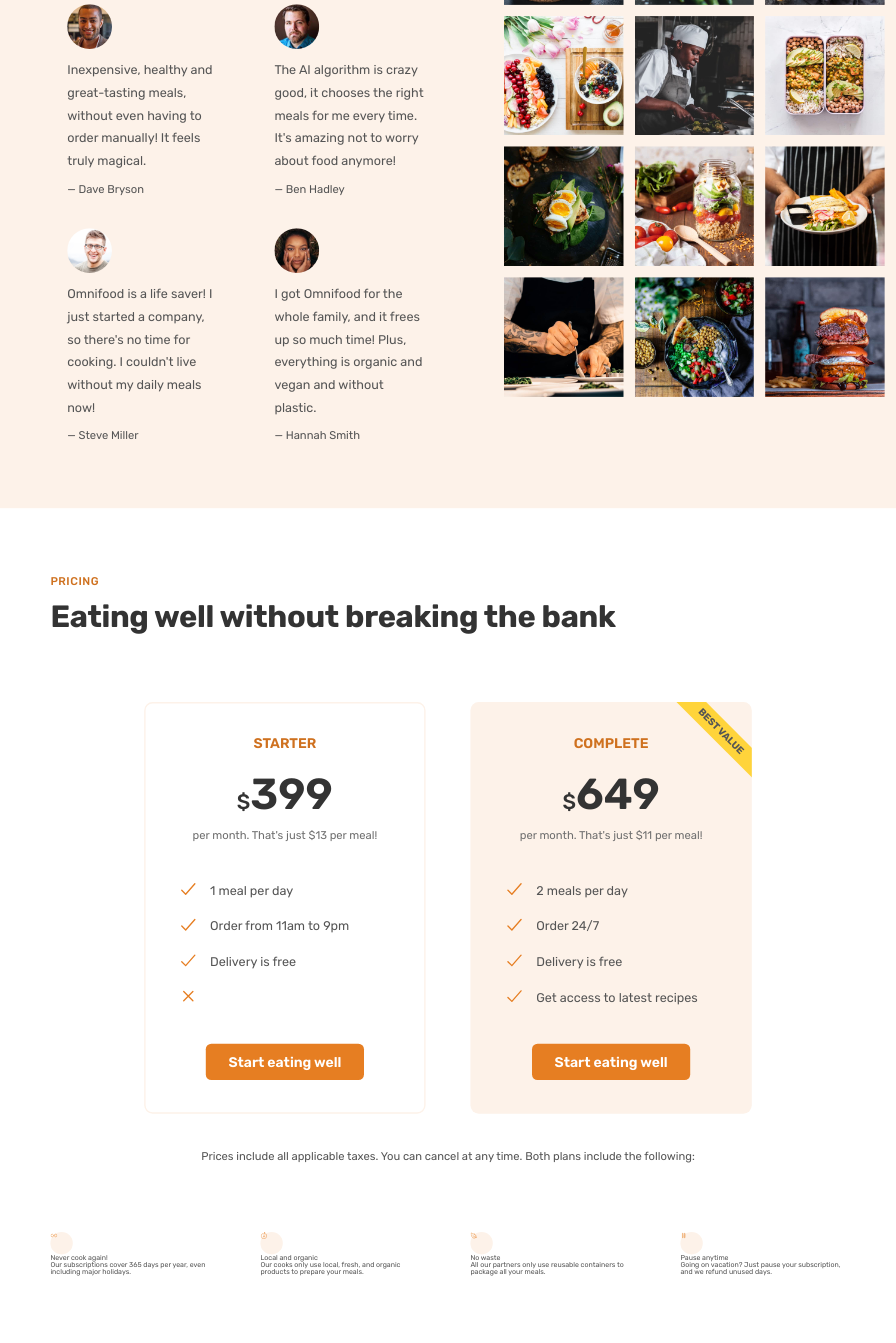
Repository: TranPhucThinh/Omnifood
Page: index.html
An editor plug-in stored every save of this project. The page is shown before and after the next save, followed by the edit.
The browser window is 1280 px wide. The pictures show the part of the page from y = 3920 to 5840 px (the page is 5838 px tall before and 5840 px after), at 70% of full size.

Above is the page before, as saved 2022-08-06 23:38:31.

### index.html
<!DOCTYPE html>
<html lang="en">

<head>
    <meta charset="UTF-8">
    <meta http-equiv="X-UA-Compatible" content="IE=edge">
    <meta name="viewport" content="width=device-width, initial-scale=1.0">

    <link rel="preconnect" href="https://fonts.googleapis.com">
    <link rel="preconnect" href="https://fonts.gstatic.com" crossorigin>
    <link href="https://fonts.googleapis.com/css2?family=Rubik:wght@300;400;500;600;700;800;900&display=swap"
        rel="stylesheet">

    <link rel="stylesheet" href="./assets/styles/general.css">
    <link rel="stylesheet" href="./assets/styles/style.css">

    <title>Omnifood</title>
</head>

<body>
    <!-- SECTION HEADER -->
    <div class="header">
        <a href="#">
            <img src="./assets/imgs/omnifood-logo.png" alt="Omnifood logo" class="header-logo">
        </a>
        <nav class="main-nav">
            <ul class="main-nav-list">
                <li>
                    <a href="#" class="main-nav-link">How it works</a>
                </li>
                <li>
                    <a href="#" class="main-nav-link">Meals</a>
                </li>
                <li>
                    <a href="#" class="main-nav-link">Testimonials</a>
                </li>
                <li>
                    <a href="#" class="main-nav-link">Pricing</a>
                </li>
                <li>
                    <a href="#" class="main-nav-link nav-btn">Try for free</a>
                </li>
            </ul>
        </nav>
    </div>
    <!-- End of SECTION HEADER -->

    <!-- SECTION HERO -->
    <section class="section-hero">
        <div class="hero">
            <div class="hero-text-box">
                <h1 class="heading-primary">A healthy meal delivered to your door, every single day</h1>
                <p class="hero-desc margin-bottom-md">The smart 365-days-per-year food subscription that will make you
                    eat healthy again.
                    Tailored to your personal tastes and nutritional needs.</p>
                <a href="#" class="btn btn--full margin-right-sm">Start eating well</a>
                <a href="#" class="btn btn--outline">Learn more ⬇</a>
                <div class="delivered-meals">
                    <div class="delivered-imgs">
                        <img src="./assets/imgs/customers/customer-1.jpg" alt="customer 1">
                        <img src="./assets/imgs/customers/customer-2.jpg" alt="customer 2">
                        <img src="./assets/imgs/customers/customer-3.jpg" alt="customer 3">
                        <img src="./assets/imgs/customers/customer-4.jpg" alt="customer 4">
                        <img src="./assets/imgs/customers/customer-5.jpg" alt="customer 5">
                        <img src="./assets/imgs/customers/customer-6.jpg" alt="customer 6">
                    </div>
                    <p class="delivered-text">
                        <span>250,000+</span> meals delivered last year!
                    </p>
                </div>
            </div>
            <div class="hero-img-box">
                <img src="./assets/imgs/hero.png"
                    alt="woman enjoy food, meals in storage container, and food bowls on a table" class="hero-img">
            </div>
        </div>
    </section>
    <!-- End of SECTION HERO -->

    <!-- SECTION FEATURED -->
    <section class="section-featured">
        <div class="container">
            <h2 class="heading-feature-in">As featured in</h2>
            <div class="logos">
                <img src="./assets/imgs/logos/techcrunch.png" alt="Techcrunch logo">
                <img src="./assets/imgs/logos/business-insider.png" alt="business insider logo">
                <img src="./assets/imgs/logos/the-new-york-times.png" alt="The new york time logo">
                <img src="./assets/imgs/logos/forbes.png" alt="Forbes logo">
                <img src="./assets/imgs/logos/usa-today.png" alt="Usa today logo">
            </div>
        </div>
    </section>
    <!-- End of SECTION FEATURED -->

    <!-- SECTION HOW IT WORKS -->
    <section class="section-how">
        <div class="container">
            <p class="subheading">HOW IT WORKS</p>
            <h2 class="heading-secondary">Your daily dose of health in 3 simple steps</h2>
        </div>
        <div class="container grid grid--2-cols grid--center-vertical">
            <!-- STEP 1 -->
            <div class="step-text-box">
                <div class="step-number">01</div>
                <h3 class="heading-tertiary">Tell us what you like (and what not)</h3>
                <p class="step-desc">Never again waste time thinking about what to eat! Omnifood AI will create a 100%
                    personalized weekly meal plan just for you. It makes sure you get all the nutrients and vitamins you
                    need, no matter what diet you follow!</p>
            </div>
            <div class="step-img-box">
                <img src="./assets/imgs/app/app-screen-1.png" alt="iPhone app preferences selection screen"
                    class="step-img">
            </div>

            <!-- STEP 2 -->
            <div class="step-img-box">
                <img src="./assets/imgs/app/app-screen-2.png" alt="iPhone app
                meal approving plan screen" class="step-img">
            </div>
            <div class="step-text-box">
                <div class="step-number">02</div>
                <h3 class="heading-tertiary">Approve your weekly meal plan</h3>
                <p class="step-desc">Once per week, approve the meal plan generated for you by Omnifood AI. You can
                    change ingredients, swap entire meals, or even add your own recipes.</p>
            </div>

            <!-- STEP 3 -->
            <div class="step-text-box">
                <div class="step-number">03</div>
                <h3 class="heading-tertiary">Receive meals at convenient time</h3>
                <p class="step-desc">Best chefs in town will cook your selected meal every day, and we will deliver it
                    to your door whenever works best for you. You can change delivery schedule and address daily!</p>
            </div>
            <div class="step-img-box">
                <img src="./assets/imgs/app/app-screen-3.png" alt="iPhone app
                delivery screen" class="step-img">
            </div>
        </div>
    </section>
    <!-- End of SECTION HOW IT WORKS -->

    <!-- SECTION MEALS -->
    <section class="section-meals">
        <div class="container center-text">
            <p class="subheading">Meals</p>
            <h2 class="heading-secondary">Omnifood AI chooses from 5,000+ recipes</h2>
        </div>
        <div class="container grid grid--3-cols margin-bottom-md">
            <div class="meal">
                <img src="./assets/imgs/meals/meal-1.jpg" alt="Japanese Gyozas" class="meal-img">
                <div class="meal-content">
                    <div class="meal-tag">
                        <p class="tag tag--vegetarian">vegetarian</p>
                    </div>
                    <p class="meal-title">Japanese Gyozas</p>
                    <ul class="meal-attributes">
                        <li class="meal-attribute">
                            <ion-icon class="meal-icon" name="flame-outline"></ion-icon>
                            <span><strong>650</strong> calories</span>
                        </li>
                        <li class="meal-attribute">
                            <ion-icon class="meal-icon" name="restaurant-outline"></ion-icon>
                            <span>NutriScore ® <strong>74</strong></span>
                        </li>
                        <li class="meal-attribute">
                            <ion-icon class="meal-icon" name="star-outline"></ion-icon>
                            <span><strong>4.9</strong> rating (537)</span>
                        </li>
                    </ul>
                </div>
            </div>
            <div class="meal">
                <img src="./assets/imgs/meals/meal-2.jpg" alt="Avocado Salad" class="meal-img">
                <div class="meal-content">
                    <div class="meal-tag">
                        <p class="tag tag--vegan">vegan</p>
                        <p class="tag tag---paleo">paleo</p>
                    </div>
                    <p class="meal-title">Avocado Salad</p>
                    <ul class="meal-attributes">
                        <li class="meal-attribute">
                            <ion-icon class="meal-icon" name="flame-outline"></ion-icon>
                            <span><strong>400</strong> calories</span>
                        </li>
                        <li class="meal-attribute">
                            <ion-icon class="meal-icon" name="restaurant-outline"></ion-icon>
                            <span>NutriScore ® <strong>92</strong></span>
                        </li>
                        <li class="meal-attribute">
                            <ion-icon class="meal-icon" name="star-outline"></ion-icon>
                            <span><strong>4.8</strong> rating (441)</span>
                        </li>
                    </ul>
                </div>
            </div>
            <div class="diet">
                <h3 class="heading-tertiary">Works with any diet:</h3>
                <ul class="list">
                    <li class="list-item">
                        <ion-icon class="list-icon" name="checkmark-outline"></ion-icon>
                        <span>Vegetarian</span>
                    </li>
                    <li class="list-item">
                        <ion-icon class="list-icon" name="checkmark-outline"></ion-icon>
                        <span>Vegan</span>
                    </li>
                    <li class="list-item">
                        <ion-icon class="list-icon" name="checkmark-outline"></ion-icon>
                        <span>Pescatarian</span>
                    </li>
                    <li class="list-item">
                        <ion-icon class="list-icon" name="checkmark-outline"></ion-icon>
                        <span>Gluten-free</span>
                    </li>
                    <li class="list-item">
                        <ion-icon class="list-icon" name="checkmark-outline"></ion-icon>
                        <span>Lactose-free</span>
                    </li>
                    <li class="list-item">
                        <ion-icon class="list-icon" name="checkmark-outline"></ion-icon>
                        <span>Keto</span>
                    </li>
                    <li class="list-item">
                        <ion-icon class="list-icon" name="checkmark-outline"></ion-icon>
                        <span>Paleo</span>
                    </li>
                    <li class="list-item">
                        <ion-icon class="list-icon" name="checkmark-outline"></ion-icon>
                        <span>Low FODMAP</span>
                    </li>
                    <li class="list-item">
                        <ion-icon class="list-icon" name="checkmark-outline"></ion-icon>
                        <span>Kid-friendly</span>
                    </li>
                </ul>
            </div>
        </div>
        <div class="container all-recipes center-text">
            <a href="#" class="link">See all recipes ➡</a>
        </div>
    </section>
    <!-- End of SECTION MEALS -->

    <!-- SECTION TESTIMONIALS -->
    <div class="section-testimonials">
        <div class="testimonials-container">
            <div class="subheading">testimonials</div>
            <h2 class="heading-secondary">Once you try it, you can't go back</h2>
            <div class="testimonials">
                <div class="testimonial">
                    <img src="./assets/imgs/customers/dave.jpg" alt="Photo of customer Dave Bryson"
                        class="testimonial-img">
                    <blockquote class="testimonial-text">Inexpensive, healthy and great-tasting meals, without even
                        having to order manually! It feels truly magical.</blockquote>
                    <p class="testimonial-name">— Dave Bryson</p>
                </div>
                <div class="testimonial">
                    <img src="./assets/imgs/customers/ben.jpg" alt="Photo of customer Ben Hadley"
                        class="testimonial-img">
                    <blockquote class="testimonial-text">The AI algorithm is crazy good, it chooses the right meals for
                        me every time. It's amazing not to worry about food anymore!</blockquote>
                    <p class="testimonial-name">— Ben Hadley</p>
                </div>
                <div class="testimonial">
                    <img src="./assets/imgs/customers/steve.jpg" alt="Photo of customer Steve Miller"
                        class="testimonial-img">
                    <blockquote class="testimonial-text">Omnifood is a life saver! I just started a company, so there's
                        no time for cooking. I couldn't live without my daily meals now!</blockquote>
                    <p class="testimonial-name">— Steve Miller</p>
                </div>
                <div class="testimonial">
                    <img src="./assets/imgs/customers/hannah.jpg" alt="Photo of customer Hannah Smith"
                        class="testimonial-img">
                    <blockquote class="testimonial-text">I got Omnifood for the whole family, and it frees up so much
                        time! Plus, everything is organic and vegan and without plastic.</blockquote>
                    <p class="testimonial-name">— Hannah Smith</p>
                </div>
            </div>
        </div>
        <div class="gallery">
            <div class="gallery-item">
                <img src="./assets/imgs/gallery/gallery-1.jpg" alt="Photo of beautifully arranged food">
            </div>
            <div class="gallery-item">
                <img src="./assets/imgs/gallery/gallery-2.jpg" alt="Photo of beautifully arranged food">
            </div>
            <div class="gallery-item">
                <img src="./assets/imgs/gallery/gallery-3.jpg" alt="Photo of beautifully arranged food">
            </div>
            <div class="gallery-item">
                <img src="./assets/imgs/gallery/gallery-4.jpg" alt="Photo of beautifully arranged food">
            </div>
            <div class="gallery-item">
                <img src="./assets/imgs/gallery/gallery-5.jpg" alt="Photo of beautifully arranged food">
            </div>
            <div class="gallery-item">
                <img src="./assets/imgs/gallery/gallery-6.jpg" alt="Photo of beautifully arranged food">
            </div>
            <div class="gallery-item">
                <img src="./assets/imgs/gallery/gallery-7.jpg" alt="Photo of beautifully arranged food">
            </div>
            <div class="gallery-item">
                <img src="./assets/imgs/gallery/gallery-8.jpg" alt="Photo of beautifully arranged food">
            </div>
            <div class="gallery-item">
                <img src="./assets/imgs/gallery/gallery-9.jpg" alt="Photo of beautifully arranged food">
            </div>
            <div class="gallery-item">
                <img src="./assets/imgs/gallery/gallery-10.jpg" alt="Photo of beautifully arranged food">
            </div>
            <div class="gallery-item">
                <img src="./assets/imgs/gallery/gallery-11.jpg" alt="Photo of beautifully arranged food">
            </div>
            <div class="gallery-item">
                <img src="./assets/imgs/gallery/gallery-12.jpg" alt="Photo of beautifully arranged food">
            </div>
        </div>
    </div>
    <!-- End of SECTION TESTIMONIALS -->

    <!-- SECTION PRICING -->
    <div class="section-pricing">
        <div class="container">
            <p class="subheading">pricing</p>
            <h2 class="heading-secondary">Eating well without breaking the bank</h2>
        </div>
        <div class="container grid grid--2-cols margin-bottom-md">
            <div class="pricing-plan pricing-plan--starter">
                <header class="plan-header">
                    <div class="plan-name">starter</div>
                    <p class="plan-pricing"><span>$</span>399</p>
                    <p class="plan-text">per month. That's just $13 per meal!</p>
                </header>
                <ul class="list-benefits">
                    <li class="benefit">
                        <span class="benefit-icon">
                            <ion-icon name="checkmark-outline"></ion-icon>
                        </span>
                        1 meal per day
                    </li>
                    <li class="benefit">
                        <span class="benefit-icon">
                            <ion-icon name="checkmark-outline"></ion-icon>
                        </span>
                        Order from 11am to 9pm
                    </li>
                    <li class="benefit">
                        <span class="benefit-icon">
                            <ion-icon name="checkmark-outline"></ion-icon>
                        </span>
                        Delivery is free
                    </li>
                    <li class="benefit">
                        <span class="benefit-icon">
                            <ion-icon name="close-outline"></ion-icon>
                        </span>
                    </li>
                </ul>
                <div class="plan-sign-up">
                    <a href="#" class="btn btn--full">Start eating well</a>
                </div>
            </div>
            <div class="pricing-plan pricing-plan--complete">
                <header class="plan-header">
                    <div class="plan-name">complete</div>
                    <p class="plan-pricing"><span>$</span>649</p>
                    <p class="plan-text">per month. That's just $11 per meal!</p>
                </header>
                <ul class="list-benefits">
                    <li class="benefit">
                        <span class="benefit-icon">
                            <ion-icon name="checkmark-outline"></ion-icon>
                        </span>
                        2 meals per day
                    </li>
                    <li class="benefit">
                        <span class="benefit-icon">
                            <ion-icon name="checkmark-outline"></ion-icon>
                        </span>
                        Order 24/7
                    </li>
                    <li class="benefit">
                        <span class="benefit-icon">
                            <ion-icon name="checkmark-outline"></ion-icon>
                        </span>
                        Delivery is free
                    </li>
                    <li class="benefit">
                        <span class="benefit-icon">
                            <ion-icon name="checkmark-outline"></ion-icon>
                        </span>
                        Get access to latest recipes
                    </li>
                </ul>
                <div class="plan-sign-up">
                    <a href="#" class="btn btn--full">Start eating well</a>
                </div>
            </div>
        </div>
        <div class="container grid center-text">
            <p class="plan-detail">Prices include all applicable taxes. You can cancel at any time. Both plans include
                the following:
            </p>
        </div>
        <div class="container grid grid--4-cols">
            <div class="feature">
                <div class="feature-icon">
                    <ion-icon name="infinite-outline"></ion-icon>
                </div>
                <p class="feature-title">Never cook again!</p>
                <p class="feature-desc">Our subscriptions cover 365 days per year, even including major holidays.</p>
            </div>
            <div class="feature">
                <div class="feature-icon">
                    <ion-icon name="nutrition-outline"></ion-icon>
                </div>
                <p class="feature-title">Local and organic</p>
                <p class="feature-desc">Our cooks only use local, fresh, and organic products to prepare your meals.</p>
            </div>
            <div class="feature">
                <div class="feature-icon">
                    <ion-icon name="leaf-outline"></ion-icon>
                </div>
                <p class="feature-title">No waste</p>
                <p class="feature-desc">All our partners only use reusable containers to package all your meals.</p>
            </div>
            <div class="feature">
                <div class="feature-icon">
                    <ion-icon name="pause-outline"></ion-icon>
                </div>
                <p class="feature-title">Pause anytime</p>
                <p class="feature-desc">Going on vacation? Just pause your subscription, and we refund unused days.</p>
            </div>
        </div>
    </div>
    <!-- End of SECTION PRICING -->

    <script type="module" src="https://unpkg.com/ionicons@5.5.2/dist/ionicons/ionicons.esm.js"></script>
    <script nomodule src="https://unpkg.com/ionicons@5.5.2/dist/ionicons/ionicons.js"></script>
</body>

</html>

Loaded but not shown: assets/styles/style.css (461 lines, source omitted); assets/styles/general.css (138 lines, source omitted)

After the next save:
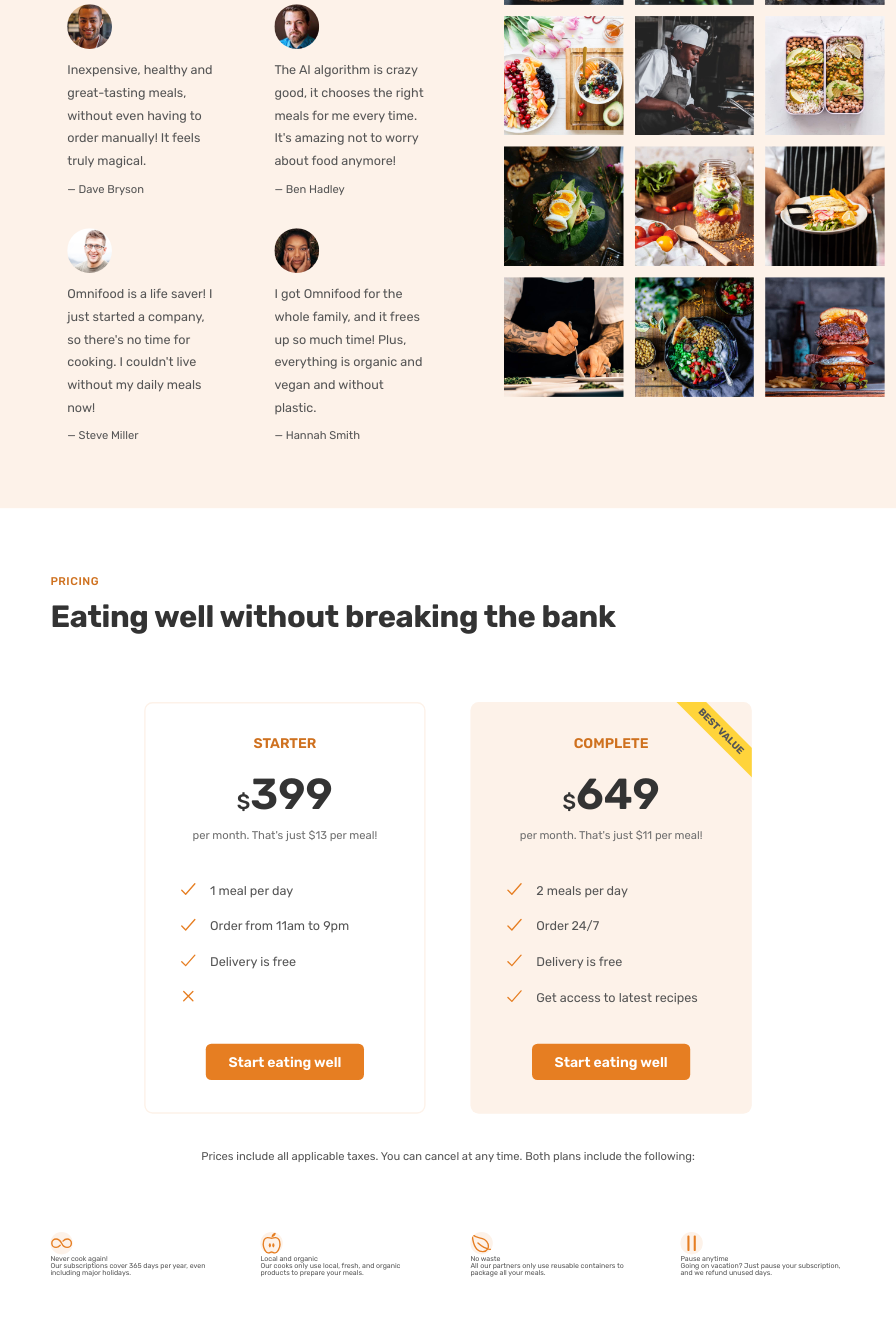
Saved 66 s later.
--- a/index.html
+++ b/index.html
@@ -404,30 +404,22 @@
         </div>
         <div class="container grid grid--4-cols">
             <div class="feature">
-                <div class="feature-icon">
-                    <ion-icon name="infinite-outline"></ion-icon>
-                </div>
+                <ion-icon class="feature-icon" name="infinite-outline"></ion-icon>
                 <p class="feature-title">Never cook again!</p>
                 <p class="feature-desc">Our subscriptions cover 365 days per year, even including major holidays.</p>
             </div>
             <div class="feature">
-                <div class="feature-icon">
-                    <ion-icon name="nutrition-outline"></ion-icon>
-                </div>
+                <ion-icon class="feature-icon" name="nutrition-outline"></ion-icon>
                 <p class="feature-title">Local and organic</p>
                 <p class="feature-desc">Our cooks only use local, fresh, and organic products to prepare your meals.</p>
             </div>
             <div class="feature">
-                <div class="feature-icon">
-                    <ion-icon name="leaf-outline"></ion-icon>
-                </div>
+                <ion-icon class="feature-icon" name="leaf-outline"></ion-icon>
                 <p class="feature-title">No waste</p>
                 <p class="feature-desc">All our partners only use reusable containers to package all your meals.</p>
             </div>
             <div class="feature">
-                <div class="feature-icon">
-                    <ion-icon name="pause-outline"></ion-icon>
-                </div>
+                <ion-icon class="feature-icon" name="pause-outline"></ion-icon>
                 <p class="feature-title">Pause anytime</p>
                 <p class="feature-desc">Going on vacation? Just pause your subscription, and we refund unused days.</p>
             </div>
